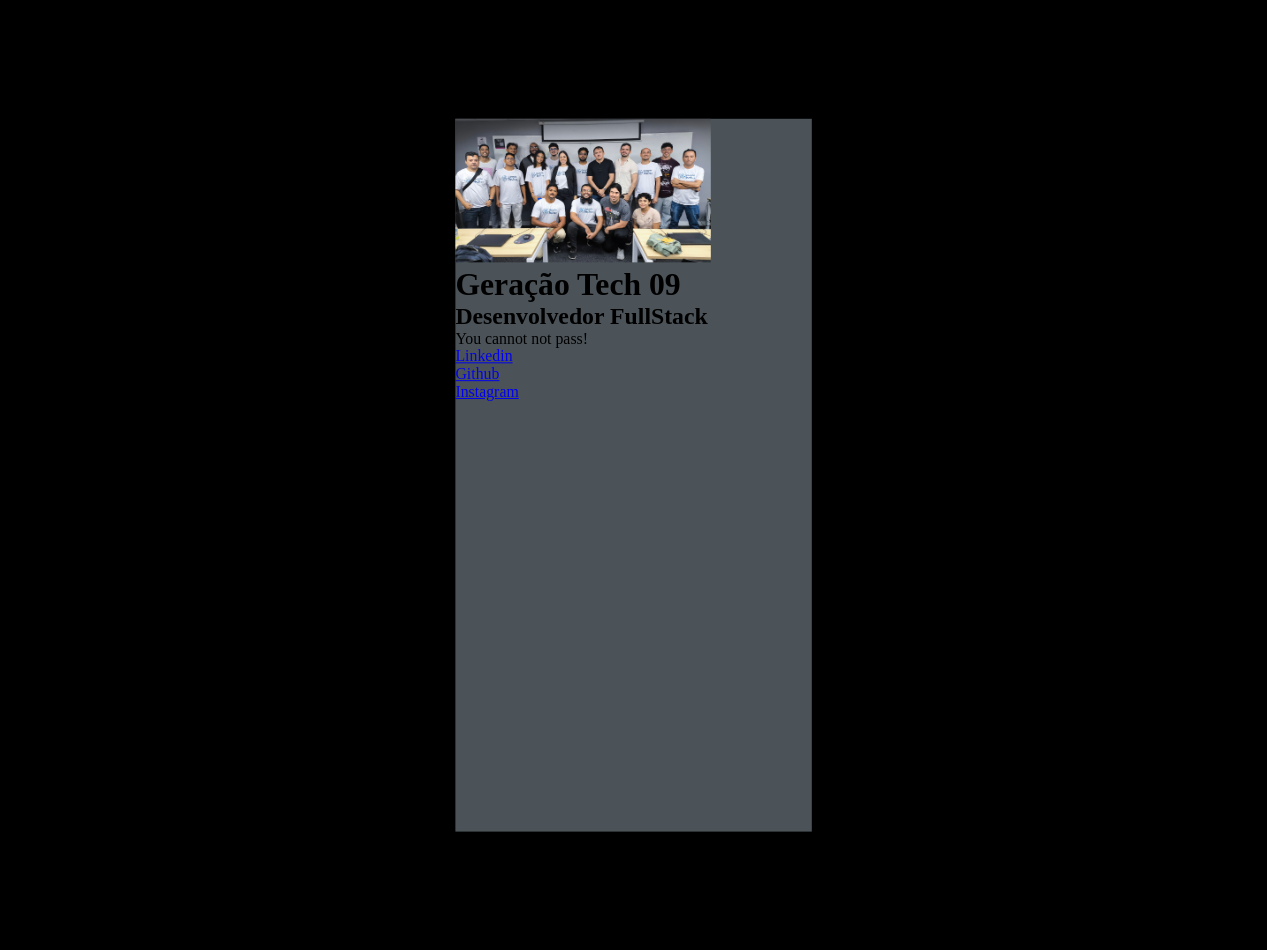
Repository: geracao-09/linktree-gt9
Page: index.html
The author's editor kept a copy of each file at every save. The page is drawn from the files as they stood at one save, then again after the next save.
The browser window is 1280 px wide. The pictures show the whole page, at 99% of full size.

Above is the page before, as saved 2025-04-10 10:49:04.

After the next save:
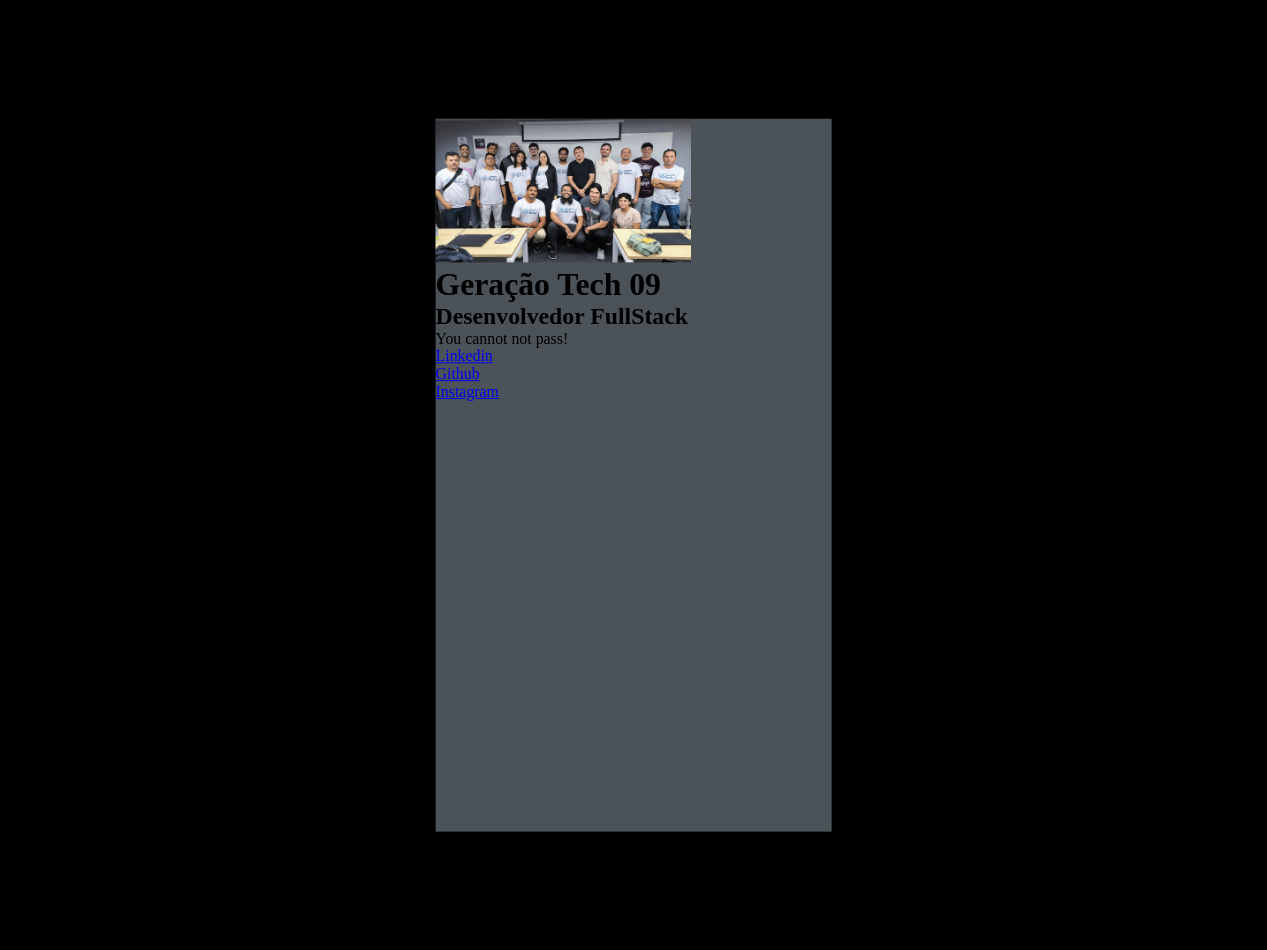
Saved 7 s later.
--- a/style.css
+++ b/style.css
@@ -10,7 +10,7 @@
 
 .container-main {
     background-color: #4B5358;
-    width: 360px;
+    width: 400px;
     height: 720px;
     box-sizing: border-box;
     margin: 120px auto;
